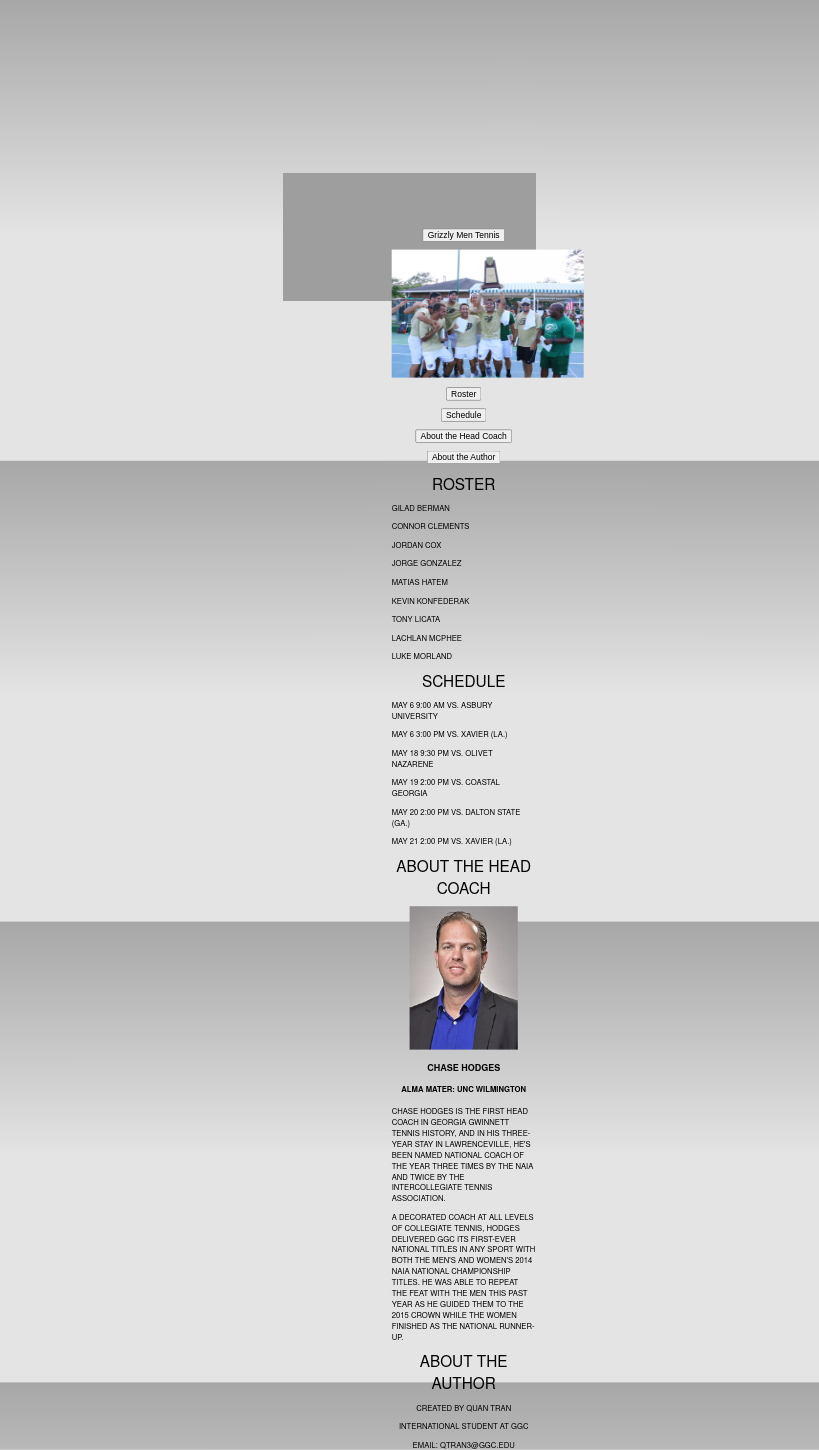
Repository: qtran3/itec4550
Page: EXAM1/TennisAppWebView/index.html
These files come from the project's save history. The page is drawn as it stood at one moment and after the next save; the edit follows.
The browser window is 1280 px wide. The pictures show the whole page, at 64% of full size.
Pictures or frames that could not be fetched are drawn as grey boxes. Backgrounds fixed to the window are drawn as part of the page.

Above is the page before, as saved 2016-06-01 17:00:35.

After the next save:
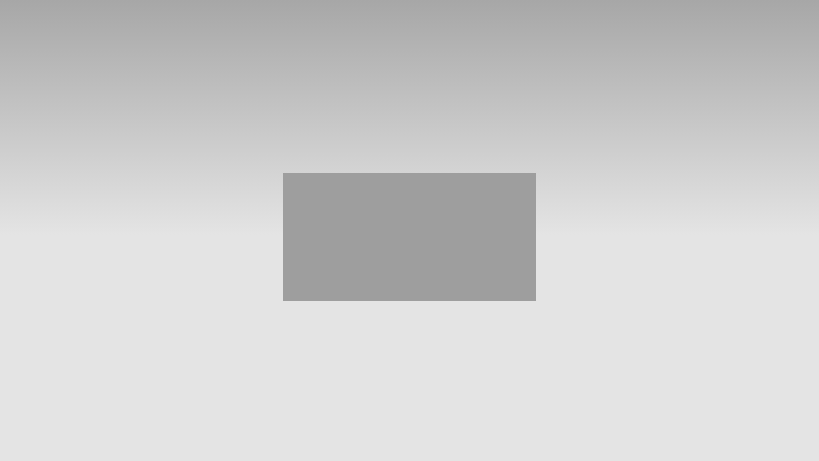
Saved 24 s later.
--- a/EXAM1/TennisAppWebView/js/index.js
+++ b/EXAM1/TennisAppWebView/js/index.js
@@ -62,3 +62,5 @@
 		pages[i].style.display='none';
 	}
 }
+
+hideAllPages();
